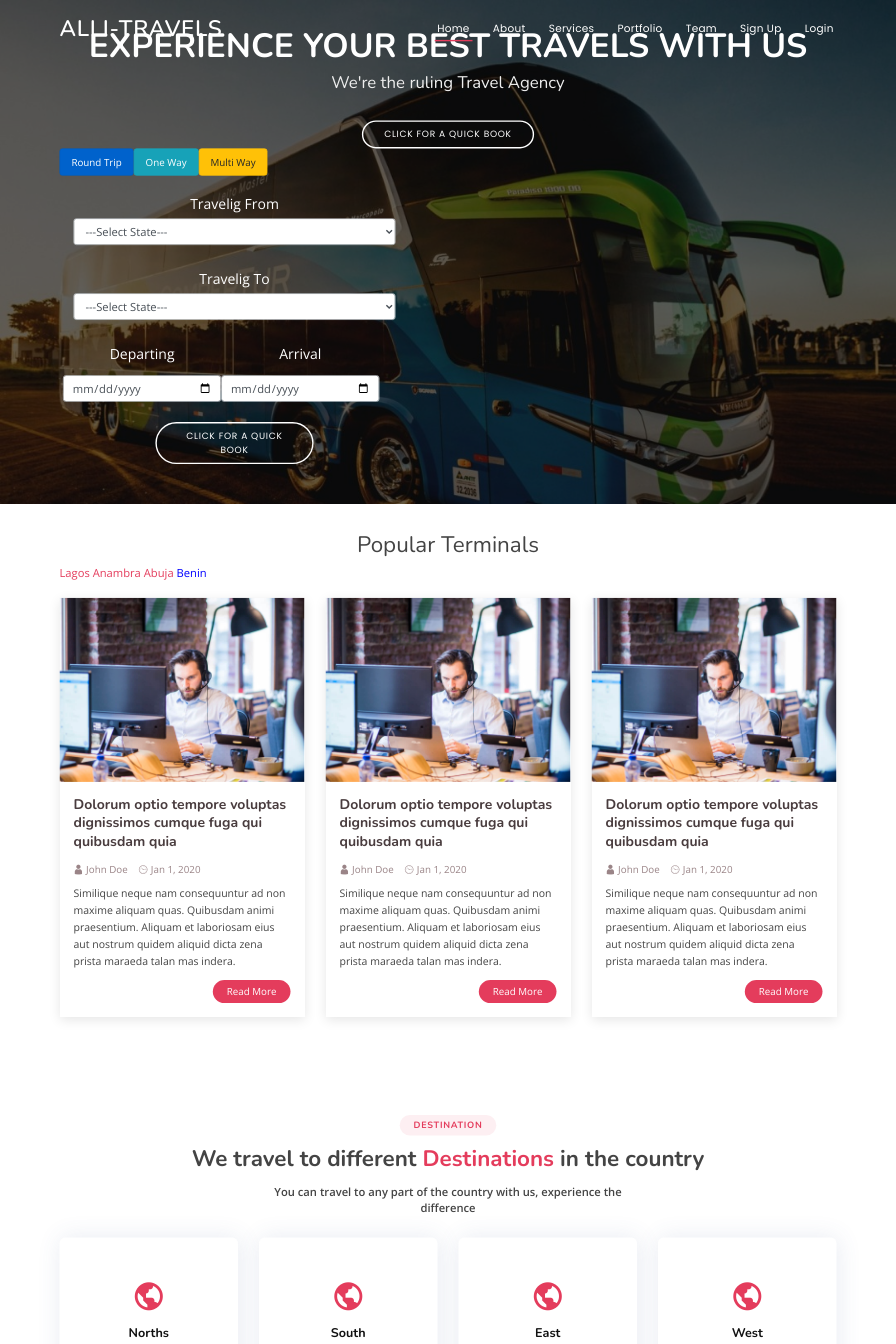
Repository: yazshrilld/Transport_Booking_system
Page: http://localhost/Transport_Project/admin/index.php
An editor plug-in stored every save of this project. The page is shown before and after the next save, followed by the edit.
The browser window is 1280 px wide. The pictures show the part of the page from y = 0 to 1920 px (the page is 7328 px tall), at 70% of full size.
Backgrounds fixed to the window are drawn as part of the page. The page is run by PHP 8.4 with error messages shown; the project is at /var/www/html/. The database holds what the project's SQL file puts in it.

Above is the page before, as saved 2021-01-24 02:52:41.

After the next save:
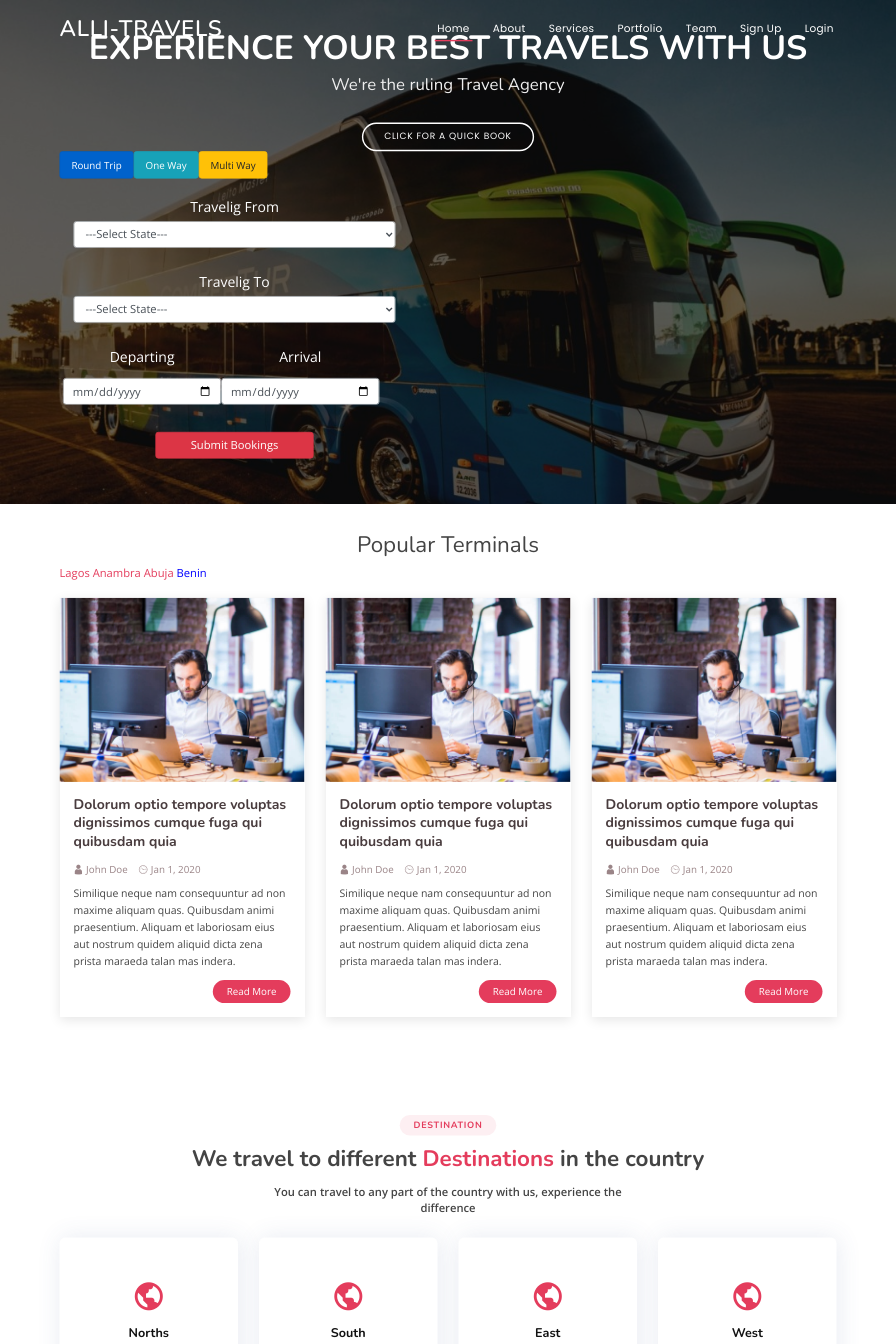
Saved 12 s later.
--- a/admin/home_check.php
+++ b/admin/home_check.php
@@ -36,7 +36,7 @@
 						<?php
 						} else{
 						?>
-							<a href="user_login.php" class="btn-get-started scrollto">Click For A Quick Book</a>
+							<input type="submit" value="Submit Bookings" class="btn btn-danger btn-block">
 						<?php
 						}
 						?>
